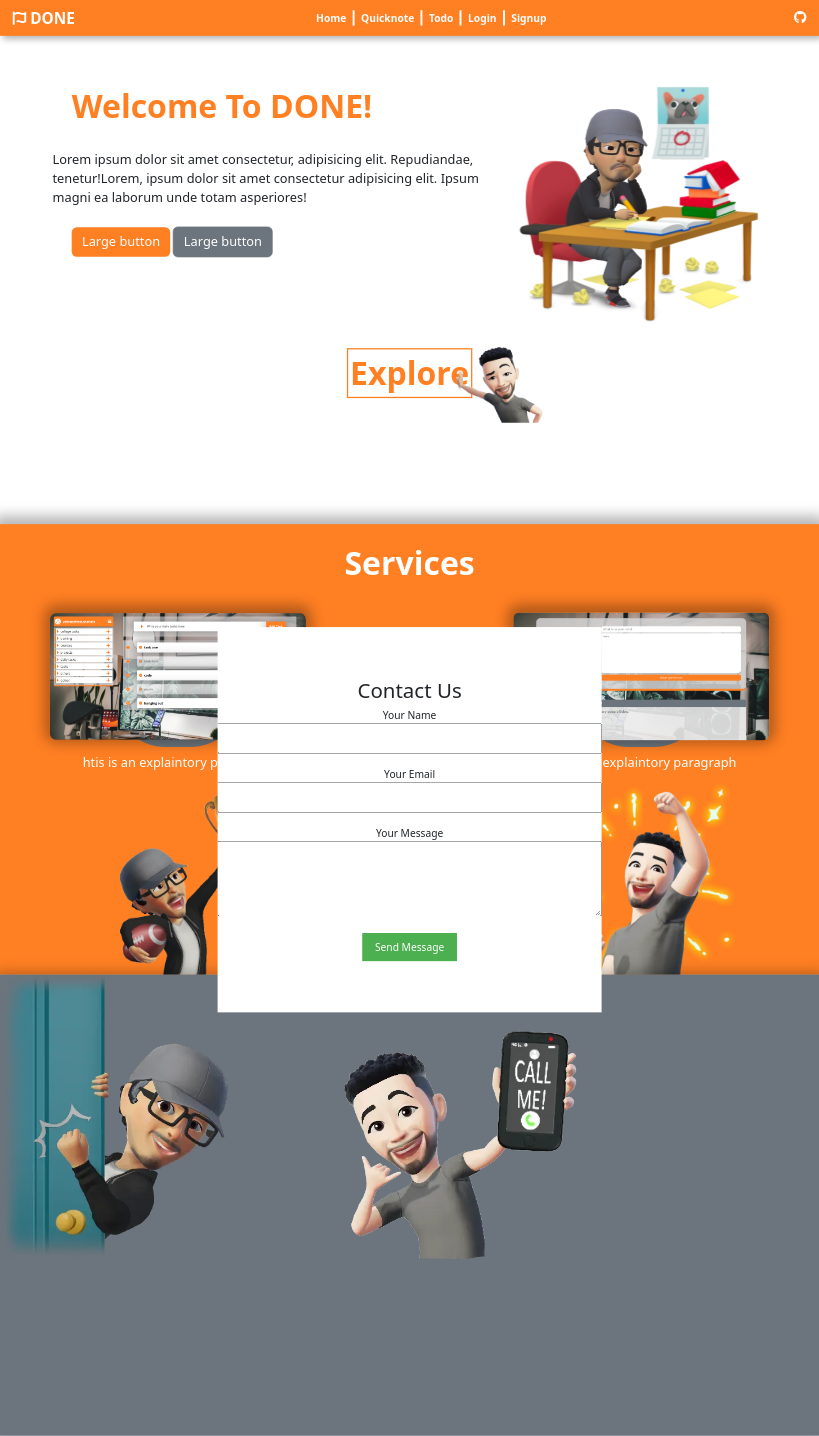
Repository: OmarEssameldinMousa/DONE
Page: index.html
These files come from the project's save history. The page is drawn as it stood at one moment and after the next save; the edit follows.
The browser window is 1280 px wide. The pictures show the whole page, at 64% of full size.
Some web fonts or font styles are not loaded; a fallback is used.

Above is the page before, as saved 2023-12-18 11:29:27.

After the next save:
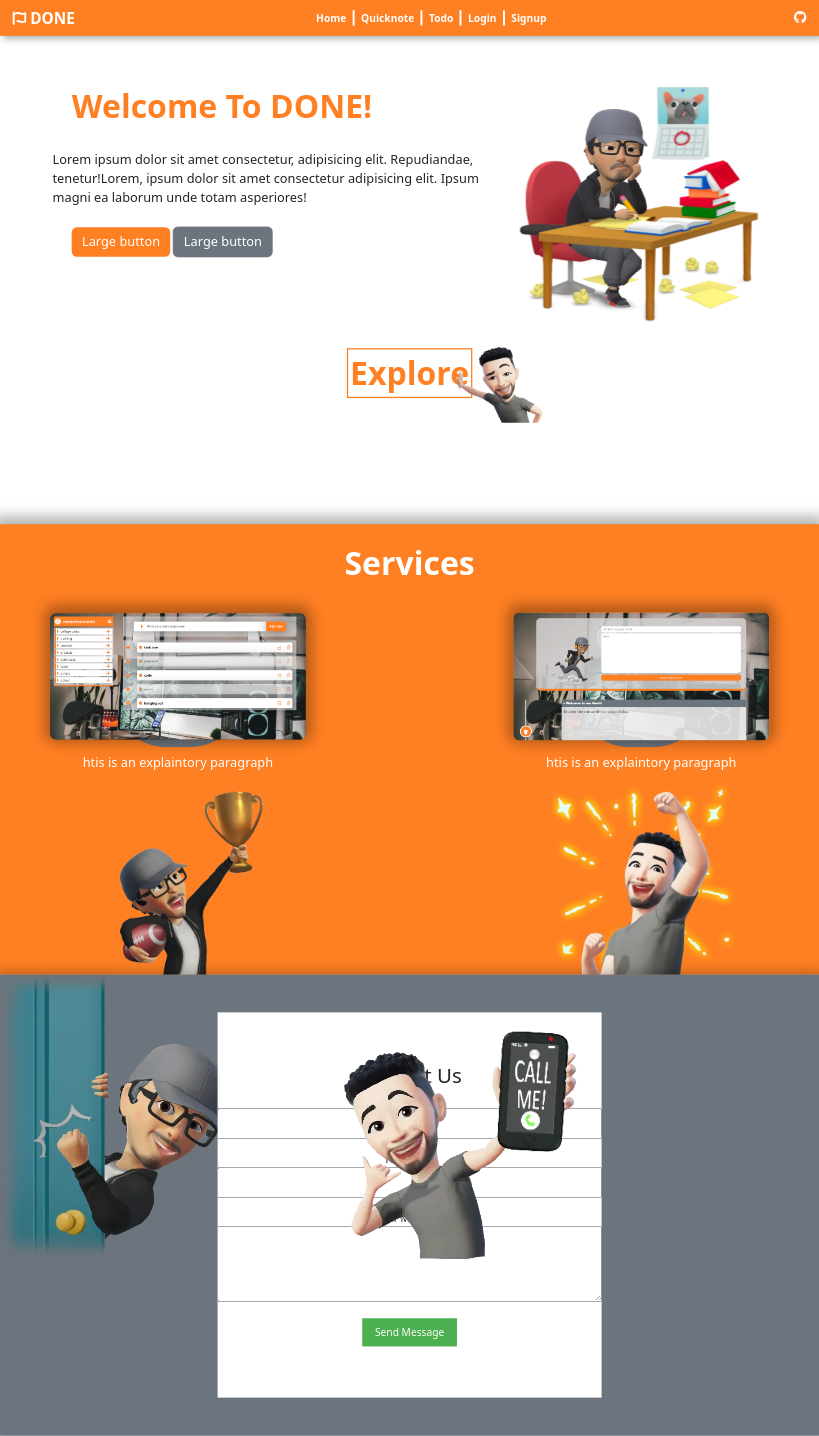
Saved 94 s later.
--- a/CSS/styles.css
+++ b/CSS/styles.css
@@ -325,7 +325,6 @@ nav ul li a:hover {
 /* contact */
 .snippests{
     position: relative;
-
 }
 .snippests img{
     width: 450px;
@@ -338,7 +337,7 @@ nav ul li a:hover {
     padding: 80px 0;
     text-align: center;
     position: absolute;
-    bottom: 50%;
+    top: 50%;
     left: 50%;
     transform: translate(-50%,-50%);
 }
